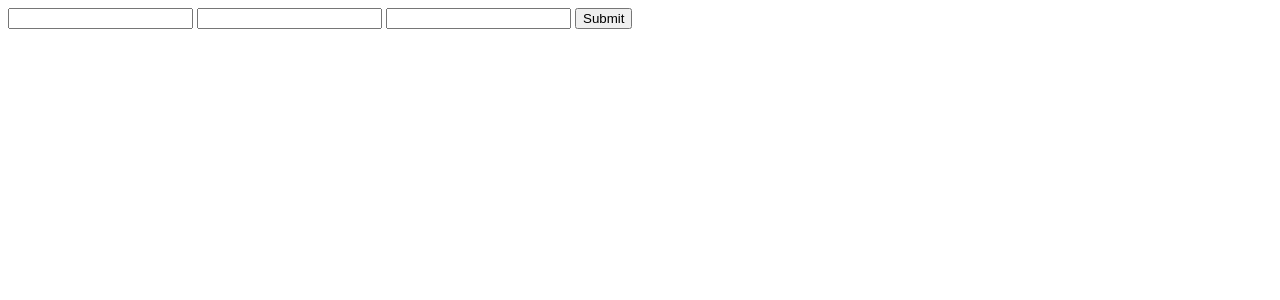
Repository: aishwarya-sankhla/JavaTraining
Page: RESTClient/WebContent/AddCutomer.html
These files come from the project's save history. The page is drawn as it stood at one moment and after the next save; the edit follows.
The browser window is 1280 px wide. The pictures show the whole page.
The page's requests for data from a server got no answer.

Above is the page before, as saved 2018-10-08 09:45:01.

### RESTClient/WebContent/AddCutomer.html
<!DOCTYPE html>
<html>
<head>
<meta charset="ISO-8859-1">
<title>Insert title here</title>
</head>
<body>
<form action="">
	<label for="customerId"></label>
	<input type="text" name="customerId" id="customerId">
	<label for="customerName"></label>
	<input type="text" name="customerName" id="customerName">
	<label for="mobileNumber"></label>
	<input type="text" name="mobileNumber" id="mobileNumber">

	<input type="submit" value="Submit">
</form>
</body>
</html>

Loaded but not shown: RESTClient/WebContent/js/jquery1-7-2.js (library)

After the next save:
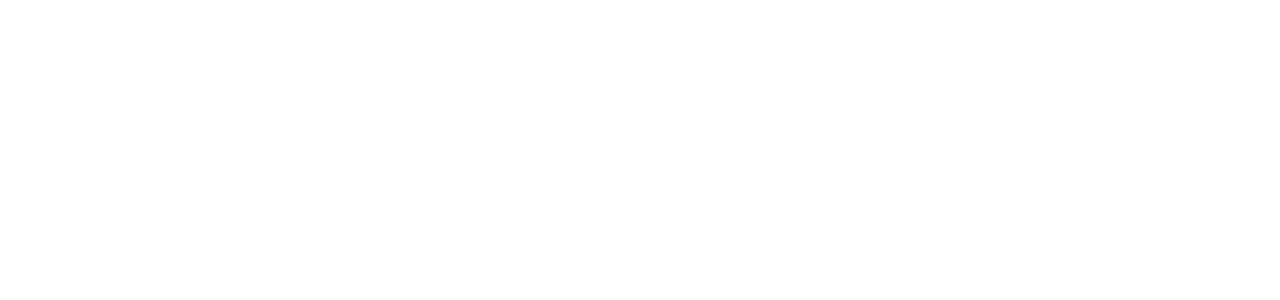
Saved 54 s later.
--- a/RESTClient/WebContent/AddCutomer.html
+++ b/RESTClient/WebContent/AddCutomer.html
@@ -3,6 +3,13 @@
 <head>
 <meta charset="ISO-8859-1">
 <title>Insert title here</title>
+<script type="text/javascript" src="js/jquery1-7-2.js"></script>
+<script type="text/javascript">
+$(function(){
+	$.get("http://localhost:8080/REST_webService/rest/add",function(resp){
+		$("#msg").html(resp);
+	});
+});
 </head>
 <body>
 <form action="">

After the save that followed:
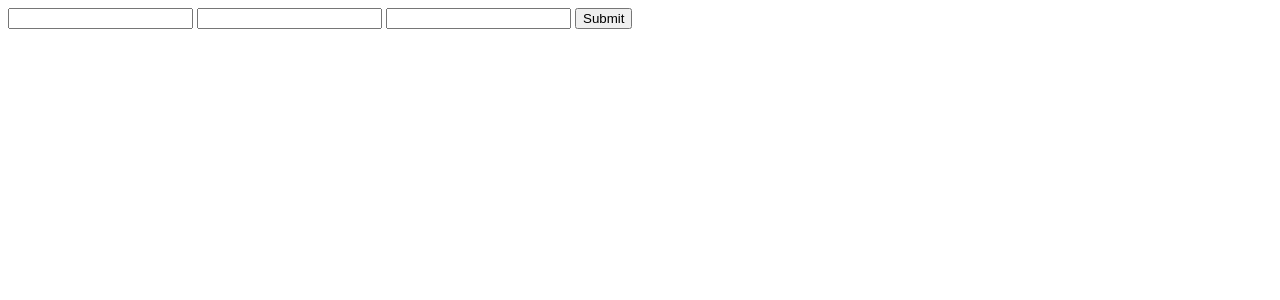
Saved 44 s later.
--- a/RESTClient/WebContent/AddCutomer.html
+++ b/RESTClient/WebContent/AddCutomer.html
@@ -10,6 +10,7 @@
 		$("#msg").html(resp);
 	});
 });
+</script>
 </head>
 <body>
 <form action="">
